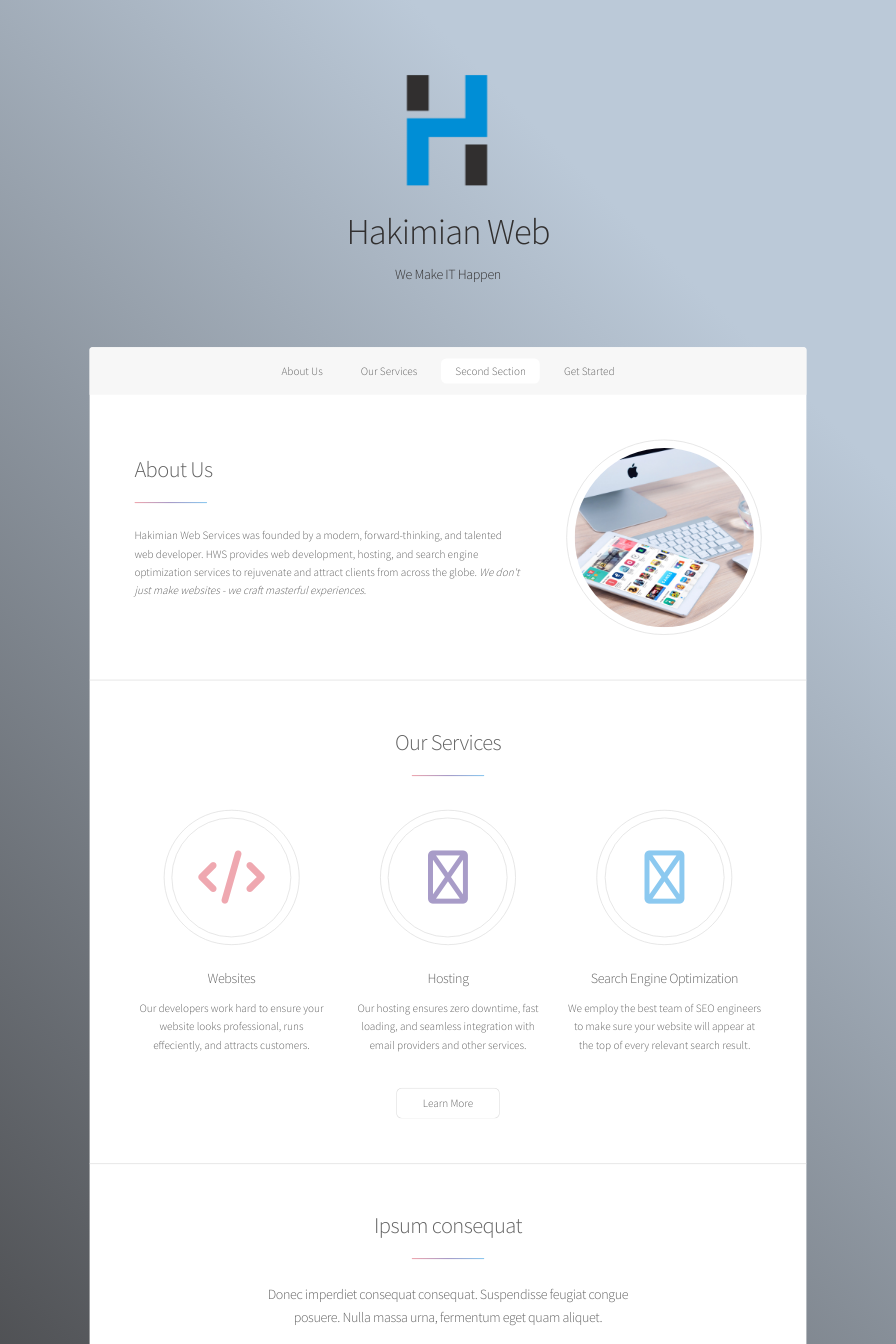
Repository: AidanHak/hakimianweb
Page: index.html
These files come from the project's save history. The page is drawn as it stood at one moment and after the next save; the edit follows.
The browser window is 1280 px wide. The pictures show the part of the page from y = 0 to 1920 px (the page is 3340 px tall), at 70% of full size.

Above is the page before, as saved 2022-03-12 21:42:01.

After the next save:
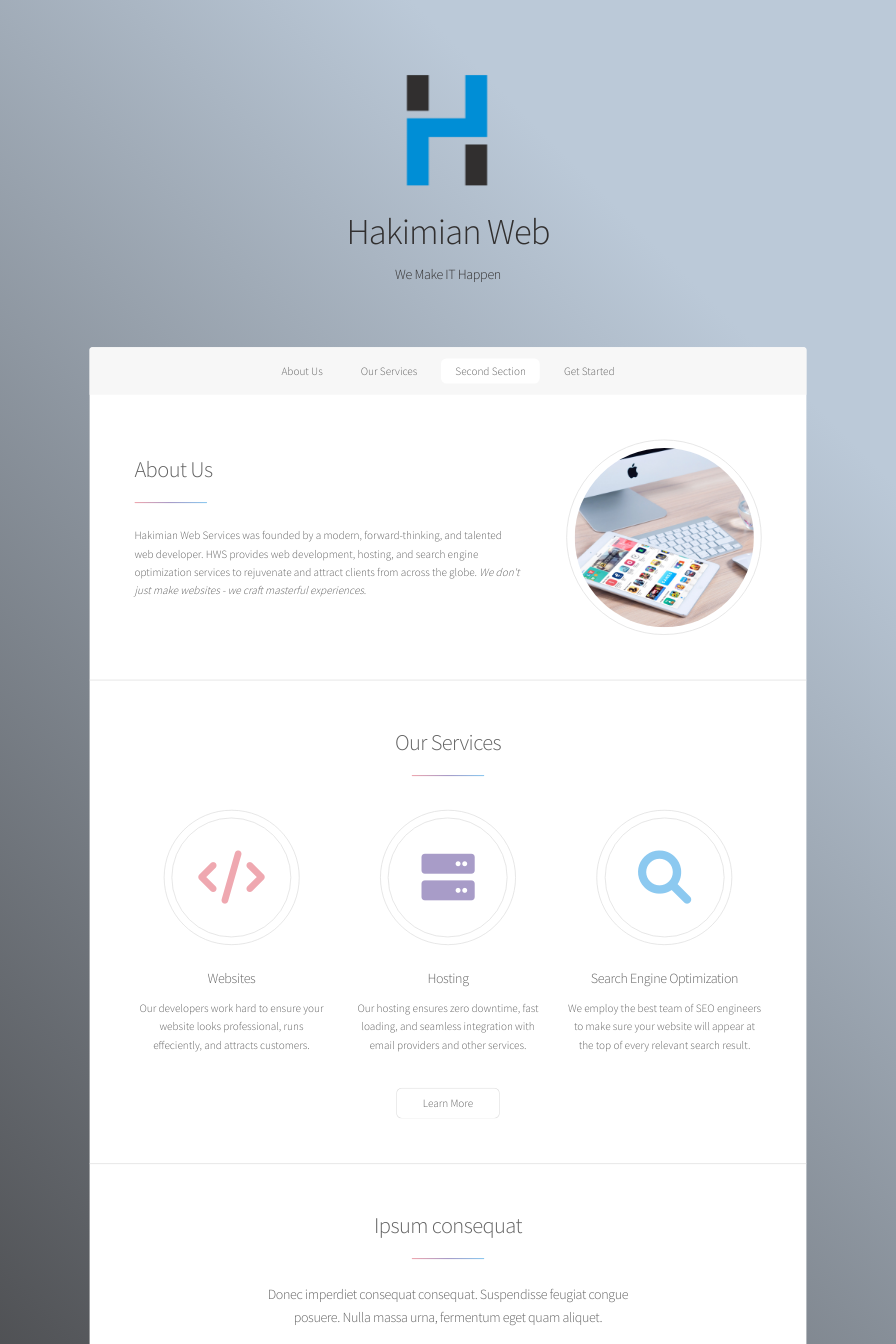
Saved 18 min 3 s later.
--- a/index.html
+++ b/index.html
@@ -95,12 +95,12 @@
 										<p>Our developers work hard to ensure your website looks professional, runs effeciently, and attracts customers.</p>
 									</li>
 									<li>
-										<span class="icon major style3 fa-server"></span>
+										<span class="icon solid major style3 fa-server"></span>
 										<h3>Hosting</h3>
 										<p>Our hosting ensures zero downtime, fast loading, and seamless integration with email providers and other services.</p>
 									</li>
 									<li>
-										<span class="icon major style5 fa-searchengin"></span>
+										<span class="icon solid major style5 fa-search"></span>
 										<h3>Search Engine Optimization</h3>
 										<p>We employ the best team of SEO engineers to make sure your website will appear at the top of every relevant search result.</p>
 									</li>
